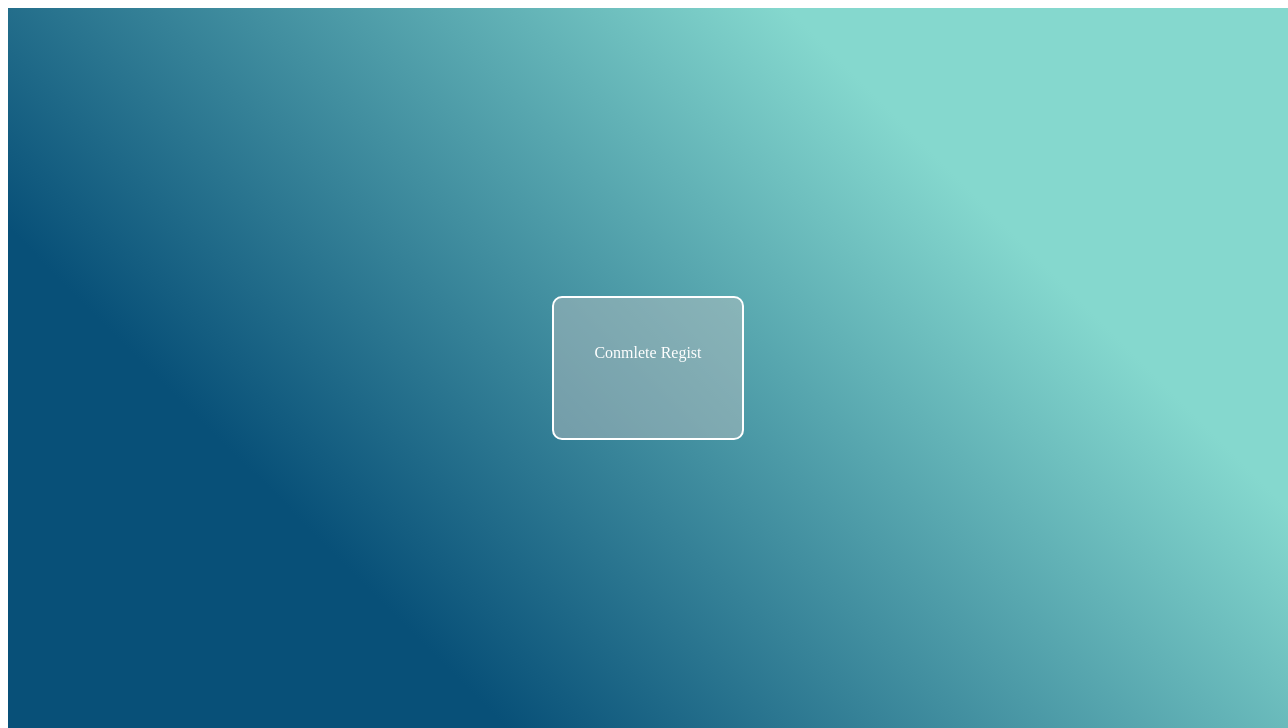
Repository: ysknsid25/mer
Page: http://localhost/library/view/regist_complete.jsp
These files come from the project's save history. The page is drawn as it stood at one moment and after the next save; the edit follows.
The browser window is 1280 px wide. The page is 1288 px wide, so the pictures cover 1288 px, including what lies to the right of the window. The pictures show the whole page.
The page is served by Tomcat 9.

Above is the page before, as saved 2018-11-24 05:04:22.

After the next save:
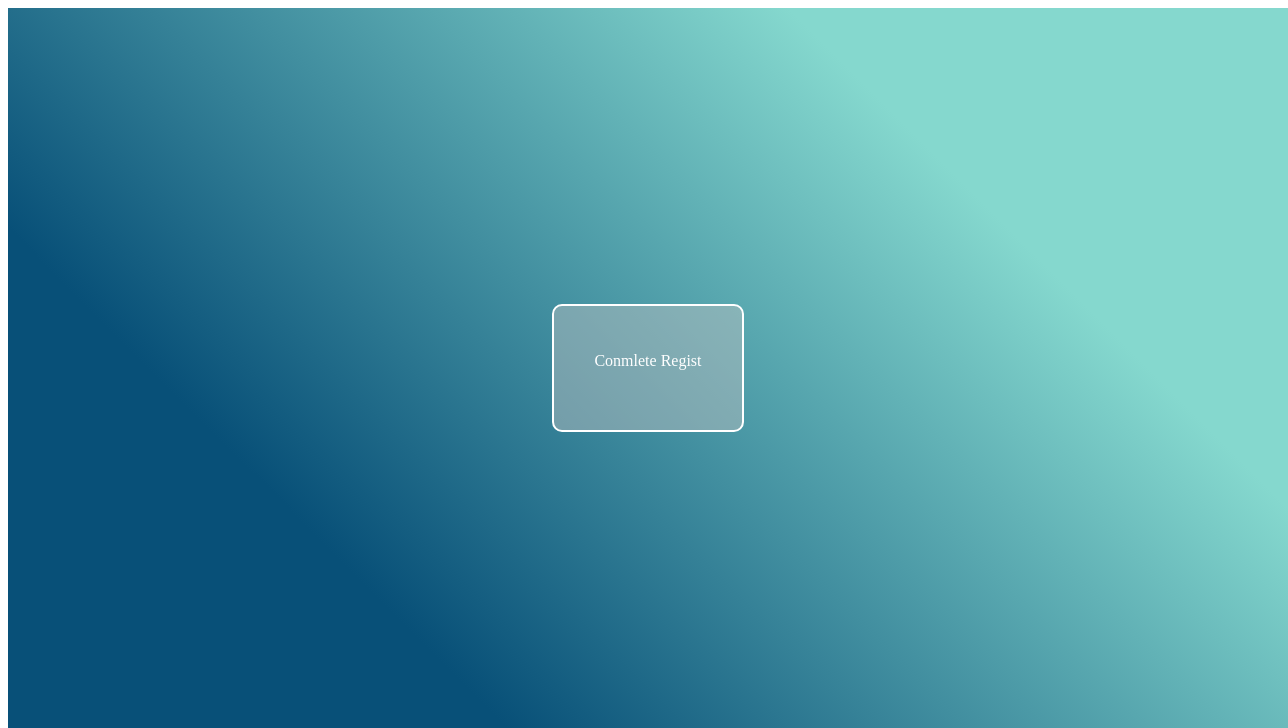
Saved 5 min 45 s later.
--- a/mer/library/WebContent/view/regist_complete.jsp
+++ b/mer/library/WebContent/view/regist_complete.jsp
@@ -24,11 +24,7 @@
 				</div>
 
 				<div class="btn">
-					<a
-						href="<%out.println(StringUtil.CONTEXTPATH+ StringUtil.SLASH + StringUtil.VIEW_FOLDER
-								+ StringUtil.SLASH + StringUtil.PAGE_MENU
-					+ StringUtil.DOT + StringUtil.JSP_EXTENSION);%>">To
-						menu</a>
+					<a href="<%=StringUtil.BACKTOP + StringUtil.CONTROLLER %>"To menu</a>
 				</div>
 
 

After the 4 saves that followed:
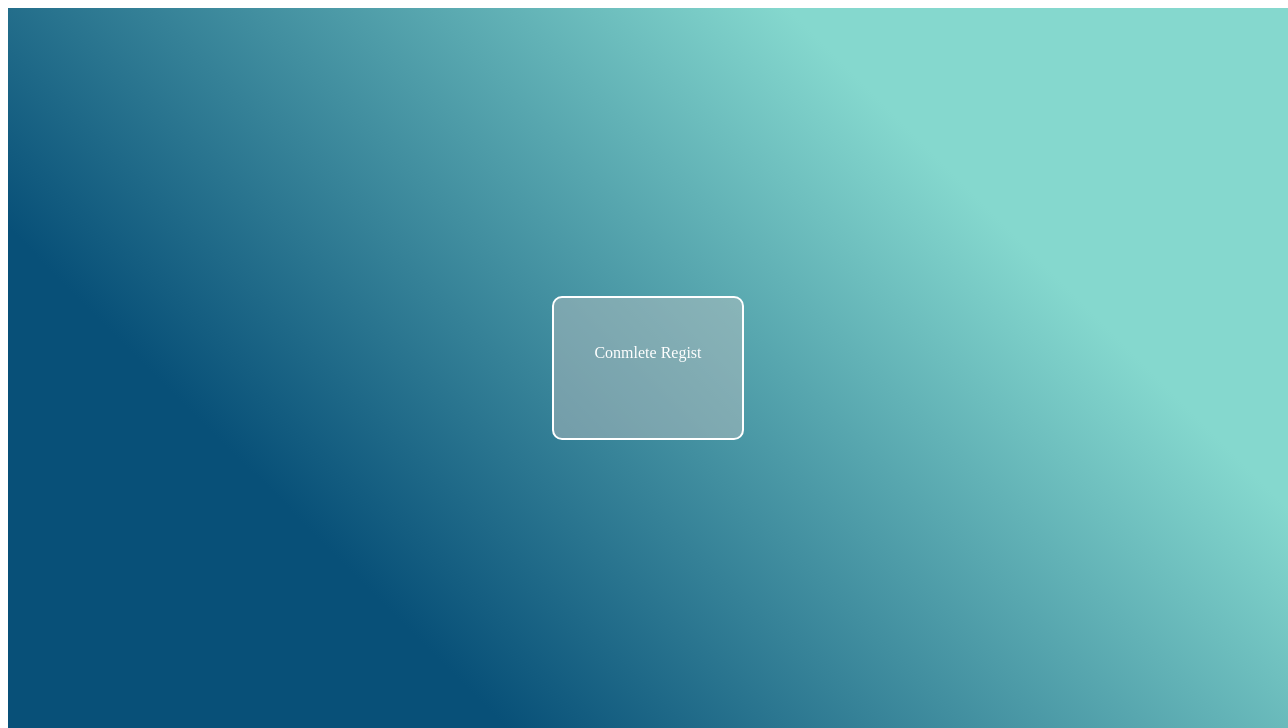
The 4 saves are shown as one change because 2 did not build or start and 1 left the picture as it was.
The last was saved 3 min 53 s later.
--- a/mer/library/WebContent/view/regist_complete.jsp
+++ b/mer/library/WebContent/view/regist_complete.jsp
@@ -24,7 +24,9 @@
 				</div>
 
 				<div class="btn">
-					<a href="<%=StringUtil.BACKTOP + StringUtil.CONTROLLER %>"To menu</a>
+				<form method="post" action="<%=StringUtil.BACKTOP + StringUtil.CONTROLLER %>">
+					<a href="<%=StringUtil.BACKTOP + StringUtil.CONTROLLER%>" type="submit">To menu</a>
+					</form>
 				</div>
 
 
